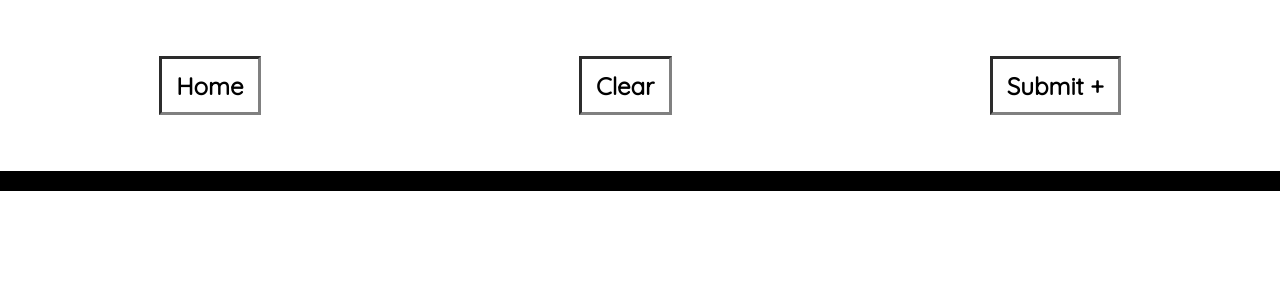
Repository: rickypcyt/WebMural
Page: /
These files come from the project's save history. The page is drawn as it stood at one moment and after a run of saves; the edit follows.
The browser window is 1280 px wide. The pictures show the whole page.
The project was rebuilt for these pictures with package versions that can differ from the ones it lists, and the page was loaded fresh each time.

Above is the page before, as saved 2022-09-12 13:33:31.

After the next 5 saves:
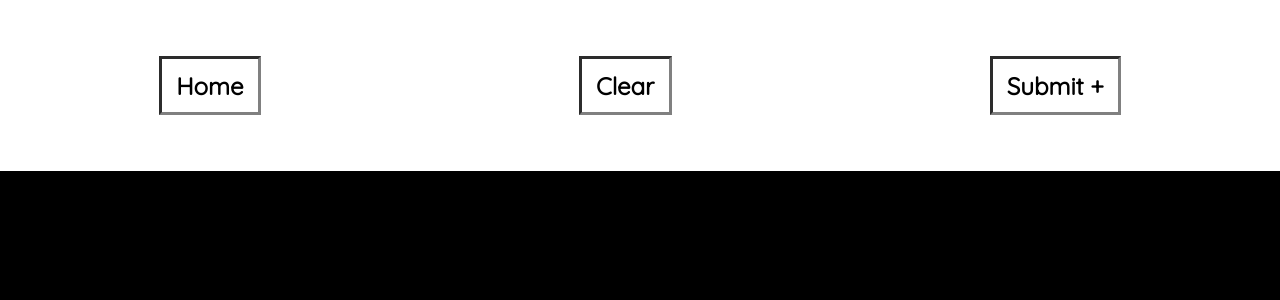
The 5 saves are shown as one change because they came seconds apart.
The last was saved 49 s later.
--- a/src/index.css
+++ b/src/index.css
@@ -19,6 +19,9 @@ input[type="file"] {
   gap: 15px;
   padding: 10px;
   background-color: black;
+}
+html{
+  background: black;
 }
 
 body {
